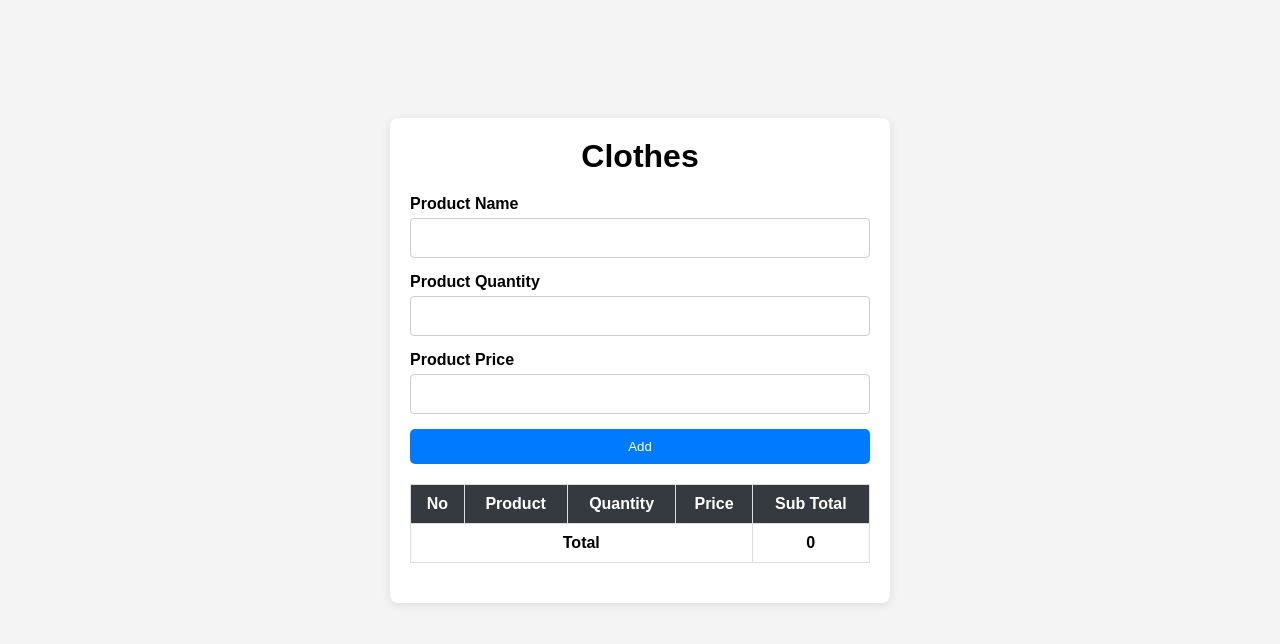
Repository: LeTiepTuyen/homework2
Page: clothes_form.html
The author's editor kept a copy of each file at every save. The page is drawn from the files as they stood at one save, then again after the next save.
The browser window is 1280 px wide. The pictures show the whole page.

Above is the page before, as saved 2024-09-19 19:09:40.

After the next save:
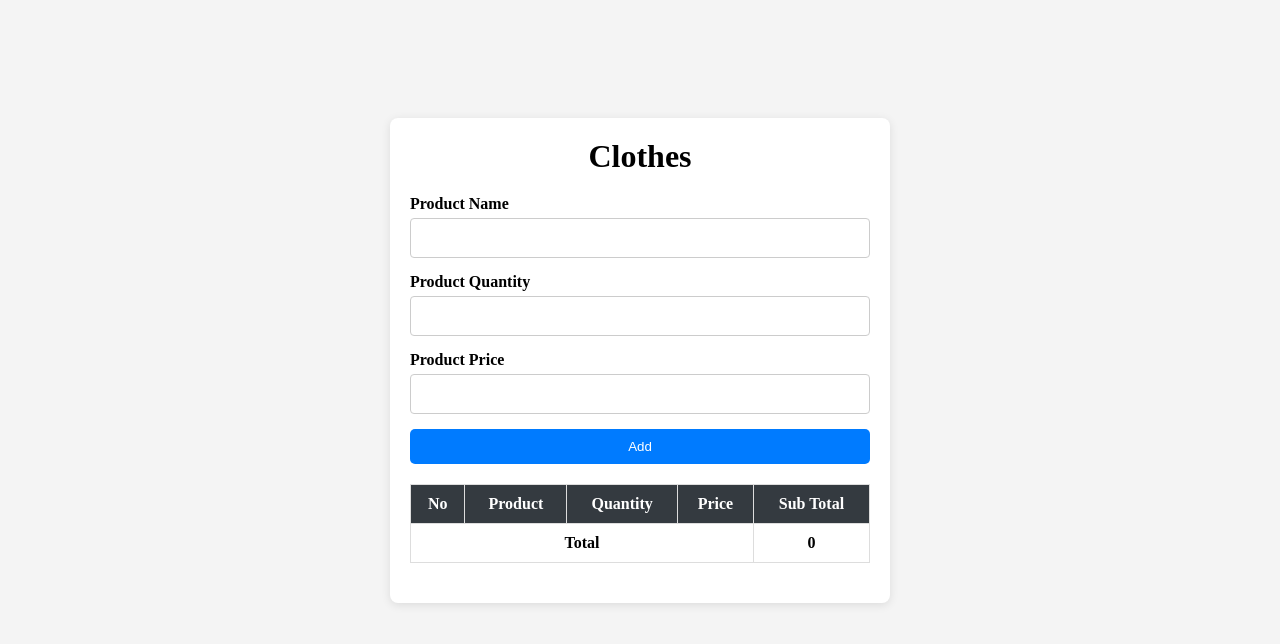
Saved 41 s later.
--- a/style.css
+++ b/style.css
@@ -5,7 +5,6 @@
 }
 
 body {
-  font-family: Arial, sans-serif;
   background-color: #f4f4f4;
   display: flex;
   justify-content: center;
